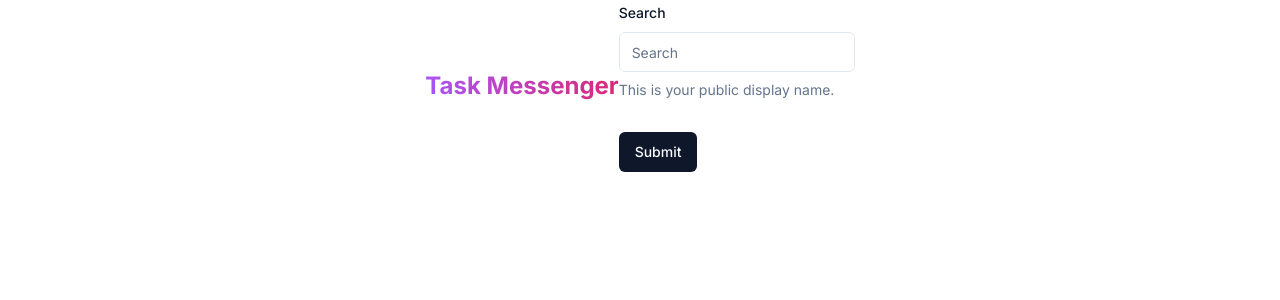
Repository: khalids01/task-messenger
Page: /
The author's editor kept a copy of each file at every save. The page is drawn from the files as they stood at one save, then again after the next save.
The browser window is 1280 px wide. The pictures show the whole page.
The project was rebuilt for these pictures with package versions that can differ from the ones it lists, and the page was loaded fresh each time. The framework's server and built-in components were replaced by stand-ins that run in the browser. Also part of the build but not shown: next.config.js.

Above is the page before, as saved 2023-06-10 16:54:43.

After the next save:
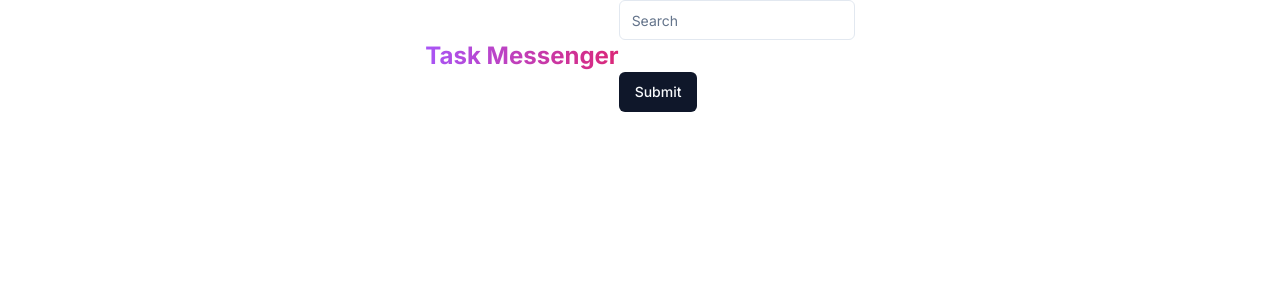
Saved 44 s later.
--- a/components/sections/header/SearchForm.tsx
+++ b/components/sections/header/SearchForm.tsx
@@ -41,13 +41,9 @@
                         name="search"
                         render={({ field }) => (
                             <FormItem>
-                                <FormLabel>Search</FormLabel>
                                 <FormControl>
                                     <Input placeholder="Search" {...field} />
                                 </FormControl>
-                                <FormDescription>
-                                    This is your public display name.
-                                </FormDescription>
                                 <FormMessage />
                             </FormItem>
                         )}
